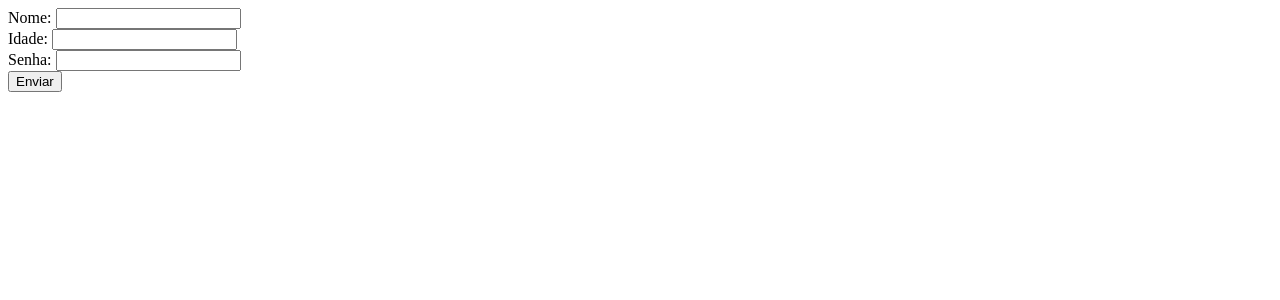
Repository: gustavotwist/html-css
Page: forn.html
An editor plug-in stored every save of this project. The page is shown before and after a run of saves, followed by the edit.
The browser window is 1280 px wide. The pictures show the whole page.

Above is the page before, as saved 2024-04-25 19:07:54.

After the next 2 saves:
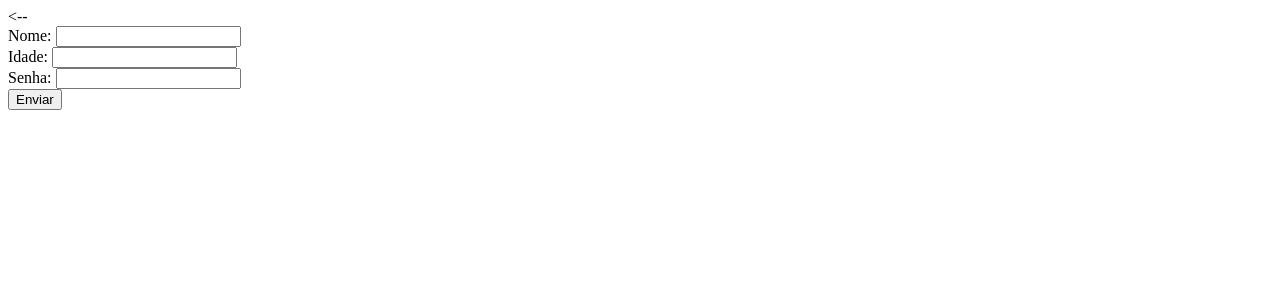
The 2 saves are shown as one change because they came seconds apart.
The last was saved 3 min 51 s later.
--- a/forn.html
+++ b/forn.html
@@ -6,7 +6,7 @@
     <title>Formulário de Cadastro</title>
 </head>
 <body>
-    <form name="signup" autocomplete="on" onsubmit="alert('Enviei o formulário');"  method="post">
+    <--<form name="signup" autocomplete="on" onsubmit="alert('Enviei o formulário');"  method="post">
         Nome: <input type="text" name="name" /><br>
         Idade: <input type="number" name="age" /><br>
         Senha: <input type="password" name="password" /><br>
